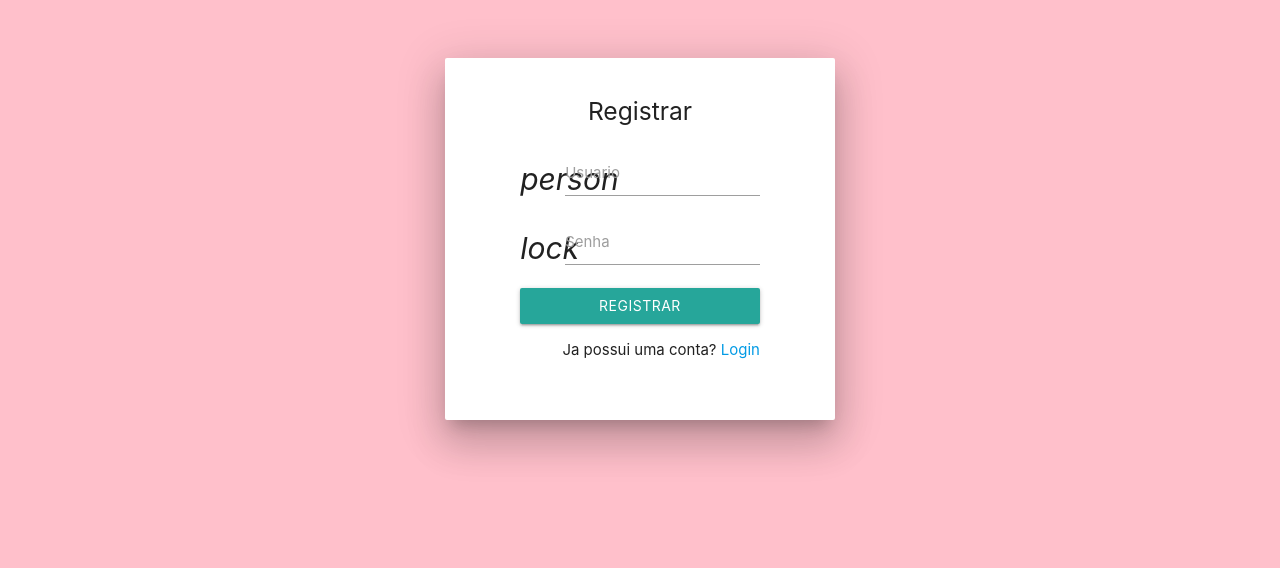
Repository: luizasilveira/TechWeb
Page: http://localhost/techWebP1/Cadastro.jsp
An editor plug-in stored every save of this project. The page is shown before and after the next save, followed by the edit.
The browser window is 1280 px wide. The pictures show the whole page.
The page is served by Tomcat 9. Other server files are loaded and not shown.

Above is the page before, as saved 2019-09-10 13:44:10.

### Projeto1/techWebP1/WebContent/Cadastro.jsp
<%@ page language="java" contentType="text/html; charset=ISO-8859-1"
	pageEncoding="ISO-8859-1"%>
<!DOCTYPE html>
<html>
<head>
<meta charset="ISO-8859-1">
<title>Register</title>

<link href="https://fonts.googleapis.com/icon?family=Material+Icons"
	rel="stylesheet">
<!--Import materialize.css-->
<link rel="stylesheet"
	href="https://cdnjs.cloudflare.com/ajax/libs/materialize/1.0.0/css/materialize.min.css">


<style>
body {
background-color: pink;
	width: 100%;
	margin: auto;
	padding: 50px;
	text-align: center;
}
</style>

</head>
<body>


	<!-- login form put in the form -->

	<div class="container" id="content">


		<div class="row">
			<div class="col l3 m3 s12"></div>
			<div class="col l6 m6 s12">
				<form action="" method="POST">
					<div class="card-panel z-depth-5">
						<div class="container">
							<h5 class="center">Registrar</h5>
							<div class="row">

								<div class="col m12 s12">
									<div class="input-field">
										<i class="material-icons prefix">person</i> <input type="text"
											name="username"> <label>Usuario</label>
									</div>

									<div class="input-field">
										<i class="material-icons prefix">lock</i> <input
											type="password" name="pass1"> <label>Senha
											</label>
									</div>

									<input type="submit" name="submit" value="Registrar"
										class="btn left col s12">
									<p class="right">
										Ja possui uma conta? <a href="#login"
											class="modal-trigger">Login</a>
									</p>

									<div class="clearfix"></div>
								</div>
							</div>
						</div>
					</div>
				</form>

			</div>

		</div>
	</div>


	<script src="https://code.jquery.com/jquery-1.12.0.min.js"></script>
	<script
		src="https://cdnjs.cloudflare.com/ajax/libs/materialize/1.0.0/js/materialize.min.js"></script>




</body>
</html>

After the next save:
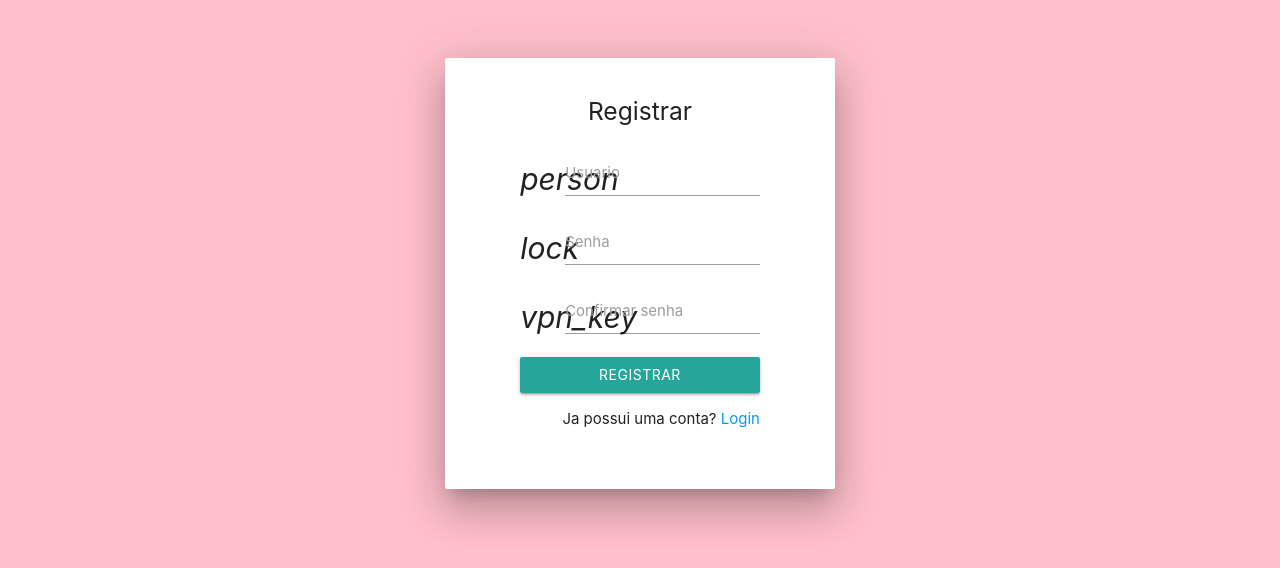
Saved 25 s later.
--- a/Projeto1/techWebP1/WebContent/Cadastro.jsp
+++ b/Projeto1/techWebP1/WebContent/Cadastro.jsp
@@ -15,7 +15,7 @@
 
 <style>
 body {
-background-color: pink;
+	background-color: pink;
 	width: 100%;
 	margin: auto;
 	padding: 50px;
@@ -35,7 +35,7 @@ background-color: pink;
 		<div class="row">
 			<div class="col l3 m3 s12"></div>
 			<div class="col l6 m6 s12">
-				<form action="" method="POST">
+				<form action="./AddLoja" method="POST">
 					<div class="card-panel z-depth-5">
 						<div class="container">
 							<h5 class="center">Registrar</h5>
@@ -49,15 +49,19 @@ background-color: pink;
 
 									<div class="input-field">
 										<i class="material-icons prefix">lock</i> <input
-											type="password" name="pass1"> <label>Senha
-											</label>
+											type="password" name="pass1"> <label>Senha </label>
+									</div>
+
+									<div class="input-field">
+										<i class="material-icons prefix">vpn_key</i> <input
+											type="password" name="ConfirmPassword"> <label>Confirmar
+											senha</label>
 									</div>
 
 									<input type="submit" name="submit" value="Registrar"
 										class="btn left col s12">
 									<p class="right">
-										Ja possui uma conta? <a href="#login"
-											class="modal-trigger">Login</a>
+										Ja possui uma conta? <a href="#login" class="modal-trigger">Login</a>
 									</p>
 
 									<div class="clearfix"></div>
